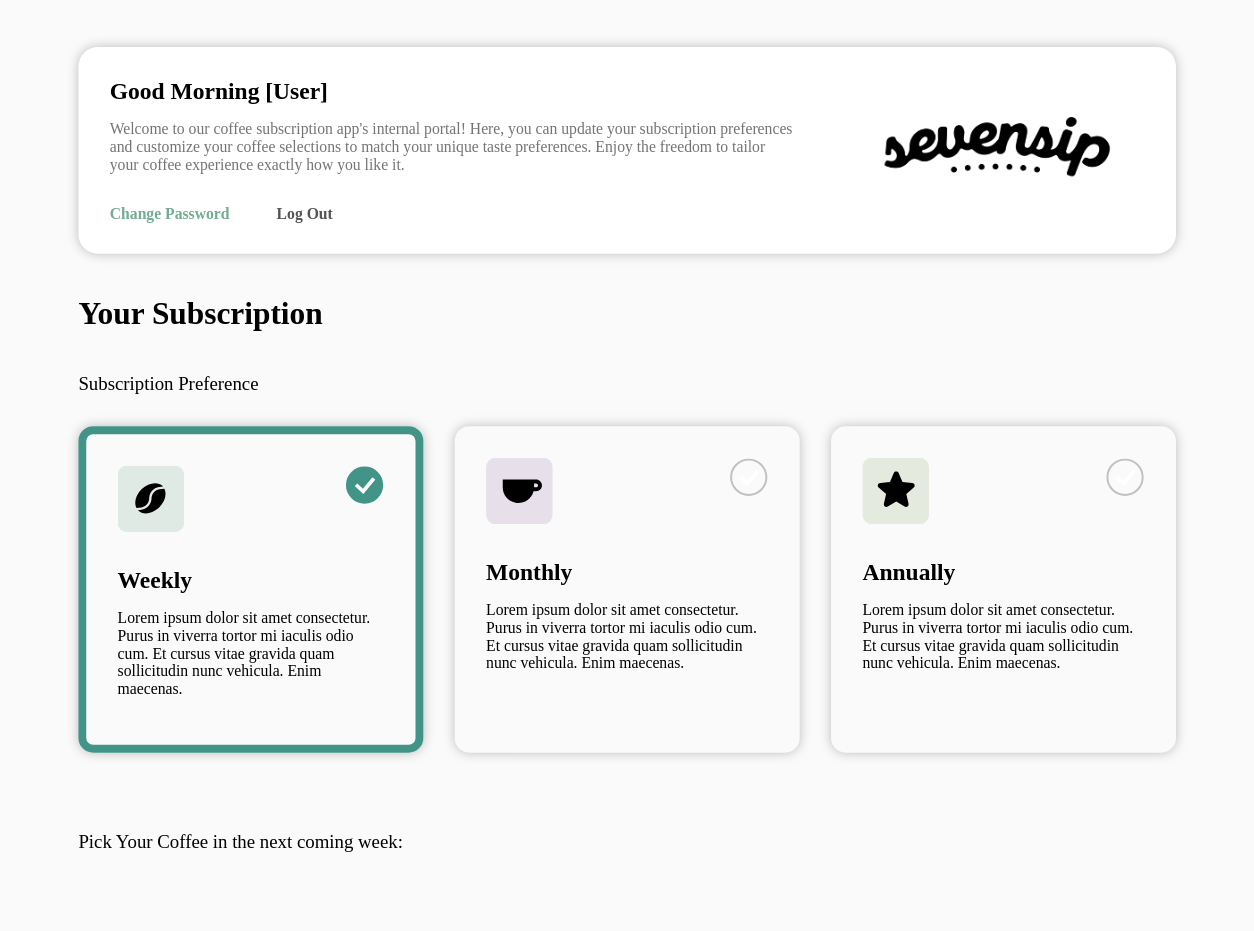
Repository: Haydenleung/COMP-4170-Final-Project
Page: http://localhost/main
The author's editor kept a copy of each file at every save. The page is drawn from the files as they stood at one save, then again after the next save.
The browser window is 1280 px wide. The pictures show the whole page, at 98% of full size.
The page is served by the project's Node server (app.js).

Above is the page before, as saved 2024-03-22 18:22:59.

### views/main.ejs
<%- include('partials/header') %>


    <div class="main-container">
        <div class="main-subcontainer">
            <div class="main-welcome">
                <div class="main-greeting">
                    <h3>Good Morning [User]</h3>
                    <p>Welcome to our coffee subscription app's internal portal! Here, you can update your subscription
                        preferences and customize your coffee selections to match your unique taste preferences. Enjoy
                        the freedom to tailor your coffee experience exactly how you like it.</p>
                </div>
                <div class="main-feature">
                    <a href="/edit" class="mainbtn chnpassword">Change Password</a>
                    <a href="/" class="mainbtn logout">Log Out</a>
                </div>
            </div>
            <div class="main-logo-container">
                <img class="main-logo" src="/images/logo.png" alt="company logo" />
            </div>
        </div>
        <div class="main-content">
            <h4>Your Subscription</h4>
            <div class="subscribe-section">
                <h5>Subscription Preference</h5>
                <div class="subscribe-container">
                    <div class="sub-option sub-selected">
                        <div class="tick">
                            <svg viewBox="0 0 100 100" xmlns="http://www.w3.org/2000/svg">
                                <circle cx="50" cy="50" r="45" fill="#429488" stroke="#429488" stroke-width="5" />
                            </svg>
                            <img class="sub-tick" src="/images/tick.svg" alt="icon" />
                        </div>
                        <img class="sub-icon" src="/images/week.svg" alt="icon" />
                        <div class="sub-title">Weekly</div>
                        <p class="sub-body">Lorem ipsum dolor sit amet consectetur. Purus in viverra tortor mi iaculis
                            odio cum. Et
                            cursus vitae gravida quam sollicitudin nunc vehicula. Enim maecenas.</p>
                    </div>
                    <div class="sub-option">
                        <div class="tick">
                            <svg viewBox="0 0 100 100" xmlns="http://www.w3.org/2000/svg">
                                <circle cx="50" cy="50" r="45" fill="none" stroke="#C0C0C0" stroke-width="5" />
                            </svg>
                            <img class="sub-tick" src="/images/tick.svg" alt="icon" />
                        </div>
                        <img class="sub-icon" src="/images/month.svg" alt="icon" />
                        <div class="sub-title">Monthly</div>
                        <p class="sub-body">Lorem ipsum dolor sit amet consectetur. Purus in viverra tortor mi iaculis
                            odio cum. Et
                            cursus vitae gravida quam sollicitudin nunc vehicula. Enim maecenas.</p>
                    </div>
                    <div class="sub-option">
                        <div class="tick">
                            <svg viewBox="0 0 100 100" xmlns="http://www.w3.org/2000/svg">
                                <circle cx="50" cy="50" r="45" fill="none" stroke="#C0C0C0" stroke-width="5" />
                            </svg>
                            <img class="sub-tick" src="/images/tick.svg" alt="icon" />
                        </div>
                        <img class="sub-icon" src="/images/annual.svg" alt="icon" />
                        <div class="sub-title">Annually</div>
                        <p class="sub-body">Lorem ipsum dolor sit amet consectetur. Purus in viverra tortor mi iaculis
                            odio cum. Et
                            cursus vitae gravida quam sollicitudin nunc vehicula. Enim maecenas.</p>
                    </div>

                </div>
            </div>
            <div class="coffee-section">
                <h5>Pick Your Coffee in the next coming week:</h5>
                <div class="coffee-option">
                    <div class="coffee"></div>
                </div>
            </div>
        </div>
    </div>

    <%- include('partials/footer') %>

### views/partials/header.ejs
<!DOCTYPE html>
<html lang="en">

<head>
    <meta charset="UTF-8" />
    <meta http-equiv="X-UA-Compatible" content="IE=edge" />
    <meta name="viewport" content="width=device-width, initial-scale=1.0" />
    <link rel="stylesheet" href="styles/main.css" />
    <title>Subscriber Portal</title>
</head>

<body>
    <main>

### app.js
import express from "express";
import pg from "pg";

const app = express();
const port = 3000;

app.set('view engine', 'ejs');

app.use(express.urlencoded({ extended: true }));
app.use(express.static("public"));

app.get("/", (req, res) => {
    res.render("index.ejs");
});

app.get("/register", (req, res) => {
    res.render("register.ejs");
});

app.get("/main", (req, res) => {
    res.render("main.ejs");
});

app.listen(port, () => {
    console.log(`Server running on port ${port}`);
});

### public/styles/main.css
* {
    box-sizing: border-box;
    font-family: "Montserrat";
}

html {
    background-color: #FAFAFA;
    height: 100vh;
    padding: 0;
    margin: 0;
}

body {
    display: flex;
    flex-direction: column;
    padding: 0;
    margin: 0;
    height: 100%;
}

main {
    display: flex;
    flex-grow: 1;
}

.home {
    display: flex;
    flex-direction: row;
    height: 100%;
    width: 100%;
}

.photo {
    object-fit: cover;
    width: 100%;
    height: 100%;
    border-radius: 0 20px 20px 0;
}

.home-photo {
    height: 100%;
    flex-grow: 1;
    overflow: hidden;
}

.home-login {
    min-width: 40rem;
    display: flex;
    flex-direction: column;
    justify-content: center;
    align-items: center;
}

.login-container {
    width: 100%;
    height: 100%;
    display: flex;
    flex-direction: column;
    justify-content: center;
    align-items: center;
    padding: 1rem 8rem;
}

.logo {
    width: 10rem;
    margin-bottom: 4rem;
}

.form-container {
    display: flex;
    flex-direction: column;
    align-items: center;
    /* background-color: grey; */
    width: 100%;
    margin-bottom: 1.5rem;
}

h3 {
    font-size: 1.5em;
}

.form-title {
    text-align: center;
    margin-bottom: 3rem;
}

.form-main {
    width: 100%;
    display: flex;
    flex-direction: column;
    align-items: center;
    gap: 1.5rem;
}

.login-form {
    width: 100%;
}

.login-button {
    width: 100%;
    display: flex;
    flex-direction: column;
    gap: 1.5rem;
    margin-top: 2rem;
}

.forminput {
    width: 100%;
    height: 3rem;
    background-color: transparent;
    border: none;
    border-bottom: 1px solid black;
    padding: 1rem;
    font-size: 1em;
}

.forminput:focus {
    outline: none;
}

.submitbtn,
.regbtn {
    width: 100%;
    height: 3rem;
    border-radius: 6px;
    border: none;
    font-size: 1em;
    font-weight: 600;
    color: white;
    cursor: pointer;
    text-decoration: none;
    display: flex;
    justify-content: center;
    align-items: center;
}

.submitbtn {
    background-color: #73AC92;
}

.regbtn {
    background-color: #969696
}

.regisblue {
    background-color: #3EA1DB;
}

/* Main */

.main-container {
    width: 100%;
    display: flex;
    flex-direction: column;
    align-items: center;
    padding: 3rem 5rem;
}

.main-subcontainer {
    width: 100%;
    background-color: white;
    border-radius: 15pt;
    box-shadow: 0 0 12px rgba(0, 0, 0, 0.25);
    display: flex;
    flex-direction: row;
    padding: 2rem;
    justify-content: center;
    align-items: center;
    gap: 5%;
}

.main-welcome {
    flex-grow: 1;
    display: flex;
    flex-direction: column;
    justify-content: center;
    width: 100%;
    height: 100%;
    gap: 1rem;
}


.main-greeting>p {
    color: #747474;
    font-weight: 500;
}

.mainbtn {
    text-decoration: none;
    font-weight: 600;
}

.mainbtn:hover {
    text-decoration: underline;
    text-underline-offset: 8px;
}

.chnpassword {
    color: #73AC92;
}

.logout {
    color: #545454;
}

.main-feature {
    display: flex;
    flex-direction: row;
    gap: 3rem;
}

.main-logo-container {
    padding: 2rem;
    width: 40%;
}

.main-logo {
    width: 100%;
}

.main-content {
    width: 100%;
}

.subscribe-section {
    width: 100%;
    margin-bottom: 5rem;
}

.subscribe-container {
    display: grid;
    grid-template-columns: 1fr 1fr 1fr;
    gap: 2rem;
}

.sub-option {
    min-height: 12rem;
    box-shadow: 0 0 12px rgba(0, 0, 0, 0.25);
    border-radius: 15px;
    padding: 2rem 2rem;
    position: relative;
}

.sub-selected {
    border: 8px solid #429488;
}

.sub-icon {
    margin-bottom: 2rem;
}

.tick {
    position: absolute;
    right: 2rem;
    top: 2rem;
    width: 2.5rem;
    display: flex;
    justify-content: center;
    align-items: center;
}

.sub-tick {
    position: absolute;
}

.sub-title {
    font-size: 1.5em;
    font-weight: 600;
    margin-bottom: 1rem;
}

.coffee-option {
    width: 100%;
    background-color: red;
}

h3 {
    margin: 0;
}

h4 {
    font-size: 2em;
}

h5 {
    font-size: 1.2em;
    font-weight: 400;
}

### public/images/tick.svg
<svg width="21" height="17" viewBox="0 0 21 17" fill="none" xmlns="http://www.w3.org/2000/svg">
<path d="M17.9361 0L8.31387 11.7368L2.625 6.47746L0 8.90603L8.74863 17L21 2.42857L17.9361 0Z" fill="white"/>
</svg>

### public/images/week.svg
<svg width="68" height="68" viewBox="0 0 68 68" fill="none" xmlns="http://www.w3.org/2000/svg">
<rect width="68" height="68" rx="10" fill="#73AC92" fill-opacity="0.2"/>
<path d="M24.2499 42.7501C26.4672 42.4209 28.4921 41.3054 29.9554 39.6073C31.4186 37.9092 32.2225 35.7416 32.2203 33.5001C32.2315 30.6863 33.2522 27.9699 35.0969 25.8452C36.9416 23.7204 39.4877 22.3283 42.272 21.9221L46.2649 21.3517C46.157 21.2284 46.0645 21.1051 45.9412 20.9817C40.9153 15.9559 31.2645 17.4667 24.3578 24.3426C18.5149 30.2626 16.5416 38.1251 19.2549 43.4592L24.2499 42.7501Z" fill="black"/>
<path d="M34.6256 33.5C34.6155 36.3133 33.5975 39.0298 31.7562 41.1568C29.9149 43.2838 27.3722 44.6804 24.5894 45.0933L20.7969 45.6329L21.0281 45.895C26.054 50.9208 35.7048 49.4254 42.6115 42.5496C48.4235 36.7529 50.4585 28.875 47.7606 23.6179L42.6115 24.3579C40.4084 24.678 38.3924 25.7754 36.9278 27.4521C35.4632 29.1287 34.6467 31.2739 34.6256 33.5Z" fill="black"/>
</svg>

### public/images/month.svg
<svg width="68" height="68" viewBox="0 0 68 68" fill="none" xmlns="http://www.w3.org/2000/svg">
<rect width="68" height="68" rx="10" fill="#9D73AC" fill-opacity="0.2"/>
<path d="M17 22.3121H51C52.5913 22.3121 54.1174 22.9439 55.2426 24.0683C56.3679 25.1928 57 26.7179 57 28.3082C57 29.8984 56.3679 31.4235 55.2426 32.548C54.1174 33.6725 52.5913 34.3042 51 34.3042H48.496C47.5256 38.076 45.211 41.3642 41.9868 43.5517C38.7625 45.7391 34.8502 46.6753 30.9842 46.1847C27.1182 45.694 23.5643 43.8102 20.9895 40.8868C18.4147 37.9633 16.9962 34.2013 17 30.3069V22.3121ZM49 30.3069H51C51.5304 30.3069 52.0391 30.0963 52.4142 29.7215C52.7893 29.3466 53 28.8383 53 28.3082C53 27.7781 52.7893 27.2697 52.4142 26.8949C52.0391 26.5201 51.5304 26.3095 51 26.3095H49V30.3069Z" fill="black"/>
</svg>

### public/images/annual.svg
<svg width="68" height="68" viewBox="0 0 68 68" fill="none" xmlns="http://www.w3.org/2000/svg">
<rect width="68" height="68" rx="10" fill="#93AC73" fill-opacity="0.2"/>
<path d="M52.3888 30.5244L44.8134 37.1357L47.0827 46.9786C47.2028 47.4932 47.1685 48.0318 46.9842 48.5269C46.7998 49.0221 46.4736 49.452 46.0463 49.7628C45.619 50.0736 45.1096 50.2516 44.5817 50.2744C44.0538 50.2972 43.5309 50.164 43.0783 49.8912L34.4934 44.6842L25.927 49.8912C25.4745 50.164 24.9515 50.2972 24.4236 50.2744C23.8958 50.2516 23.3863 50.0736 22.959 49.7628C22.5317 49.452 22.2055 49.0221 22.0211 48.5269C21.8368 48.0318 21.8026 47.4932 21.9226 46.9786L24.1885 37.1458L16.6115 30.5244C16.2107 30.1788 15.9209 29.7225 15.7784 29.2128C15.636 28.7032 15.6471 28.1628 15.8105 27.6594C15.974 27.156 16.2824 26.7121 16.6971 26.3834C17.1118 26.0546 17.6143 25.8555 18.1417 25.8112L28.1291 24.9462L32.0276 15.6474C32.2312 15.1595 32.5746 14.7427 33.0146 14.4496C33.4546 14.1564 33.9714 14 34.5001 14C35.0288 14 35.5457 14.1564 35.9857 14.4496C36.4256 14.7427 36.769 15.1595 36.9726 15.6474L40.8829 24.9462L50.867 25.8112C51.3944 25.8555 51.8969 26.0546 52.3116 26.3834C52.7263 26.7121 53.0347 27.156 53.1981 27.6594C53.3615 28.1628 53.3727 28.7032 53.2302 29.2128C53.0878 29.7225 52.798 30.1788 52.3972 30.5244H52.3888Z" fill="black"/>
</svg>

Loaded but not shown: views/partials/footer.ejs (common file)

After the next save:
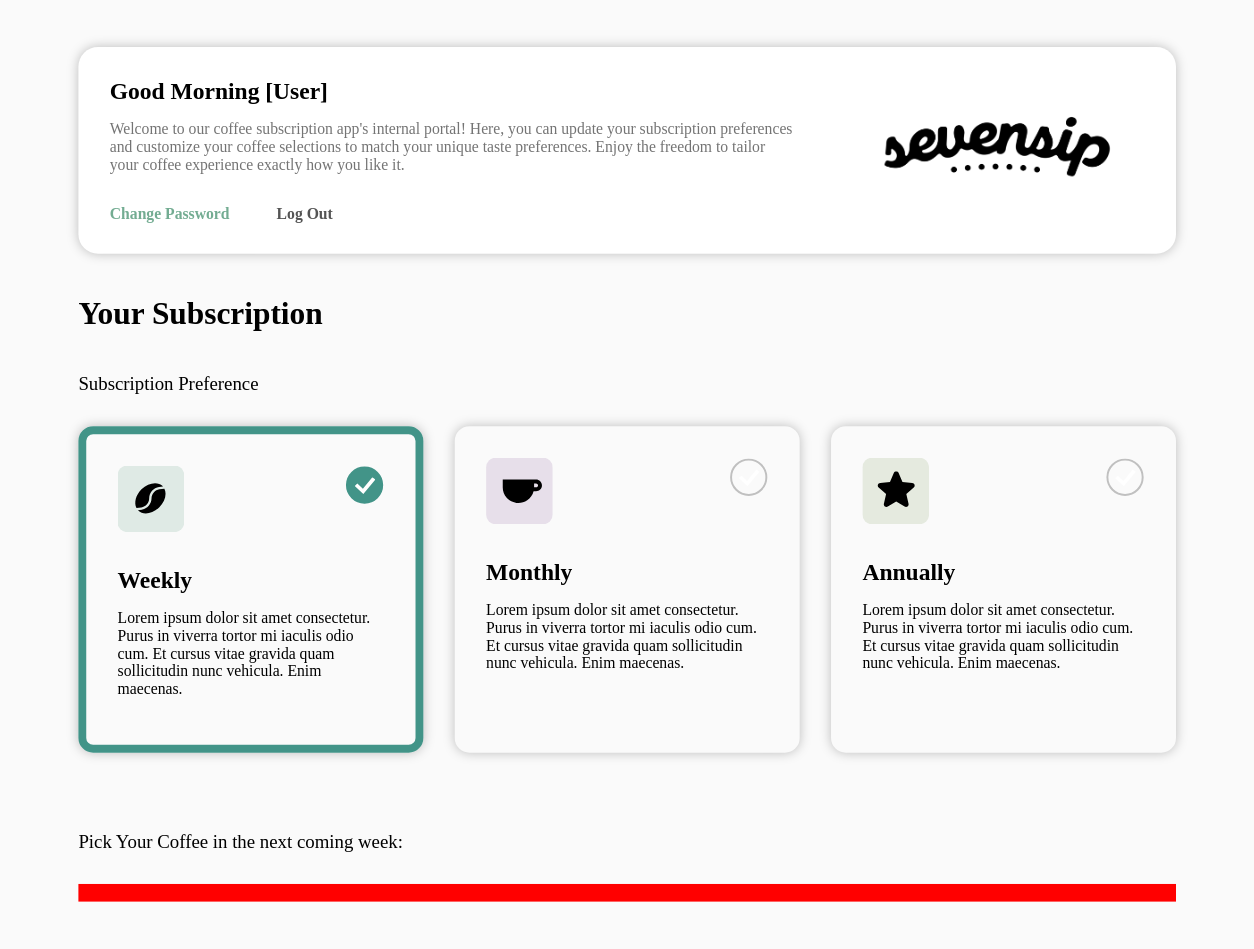
Saved 8 s later.
--- a/views/main.ejs
+++ b/views/main.ejs
@@ -69,7 +69,9 @@
             <div class="coffee-section">
                 <h5>Pick Your Coffee in the next coming week:</h5>
                 <div class="coffee-option">
-                    <div class="coffee"></div>
+                    <div class="coffee">
+                        <img />
+                    </div>
                 </div>
             </div>
         </div>
